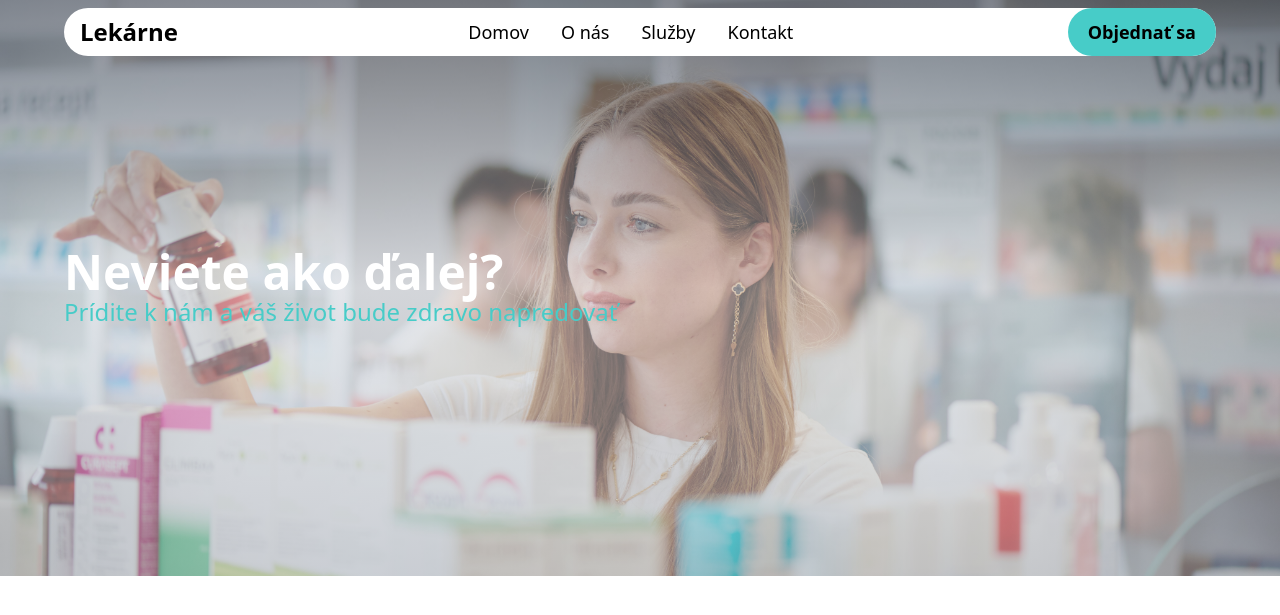
Repository: SimonSkoda13/Lekaren
Page: /
An editor plug-in stored every save of this project. The page is shown before and after the next save, followed by the edit.
The browser window is 1280 px wide. The pictures show the whole page.
The project was rebuilt for these pictures with package versions that can differ from the ones it lists, and the page was loaded fresh each time. The framework's server and built-in components were replaced by stand-ins that run in the browser. Also part of the build but not shown: next.config.js.

Above is the page before, as saved 2023-04-22 17:15:08.

After the next save:
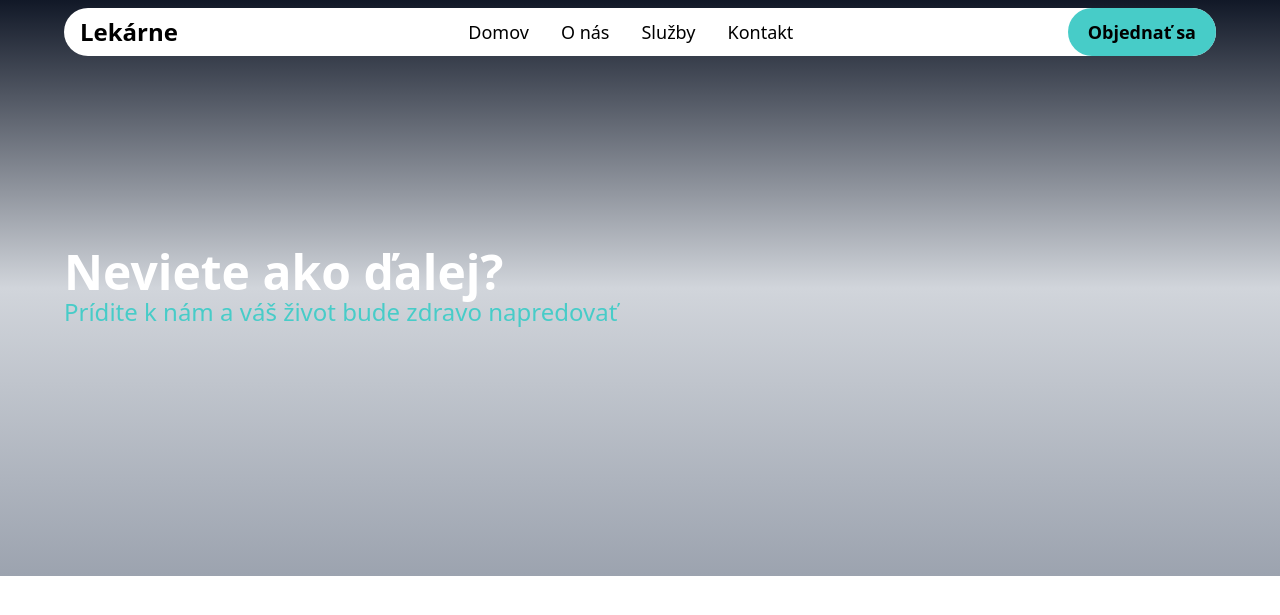
Saved 12 s later.
--- a/src/app/components/HomeHero/ImageGradient/ImageGradient.tsx
+++ b/src/app/components/HomeHero/ImageGradient/ImageGradient.tsx
@@ -8,7 +8,7 @@ export const ImageGradient = (props: ImageGradientProps) => {
   const { children } = props;
   return (
     <div className="relative w-full h-full overflow-hidden z-10">
-      <div className="absolute inset-0 z-10 bg-gradient-to-b from-gray-900 via-gray-300 to-gray-400 opacity-50"></div>
+      <div className="absolute inset-0 z-10 bg-gradient-to-b from-gray-900 via-gray-300 to-gray-400"></div>
       {children}
     </div>
   );

After the save that followed:
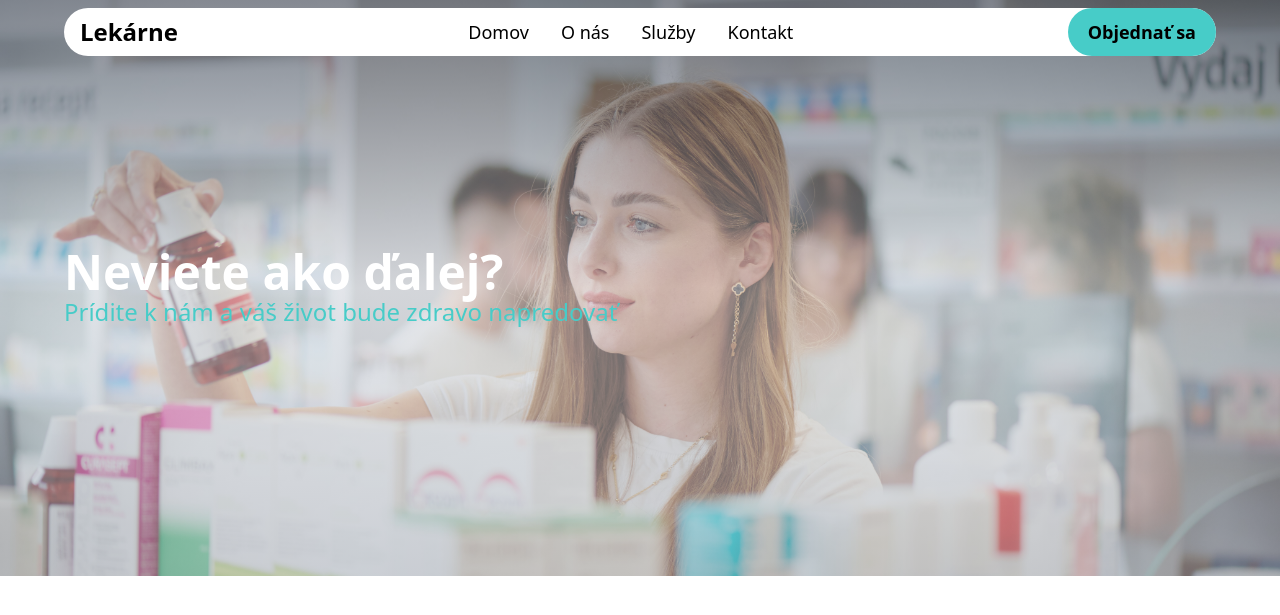
Saved 8 s later.
--- a/src/app/components/HomeHero/ImageGradient/ImageGradient.tsx
+++ b/src/app/components/HomeHero/ImageGradient/ImageGradient.tsx
@@ -8,7 +8,7 @@ export const ImageGradient = (props: ImageGradientProps) => {
   const { children } = props;
   return (
     <div className="relative w-full h-full overflow-hidden z-10">
-      <div className="absolute inset-0 z-10 bg-gradient-to-b from-gray-900 via-gray-300 to-gray-400"></div>
+      <div className="absolute inset-0 z-10 bg-gradient-to-b from-gray-900 via-gray-300 to-gray-400 opacity-50"></div>
       {children}
     </div>
   );
